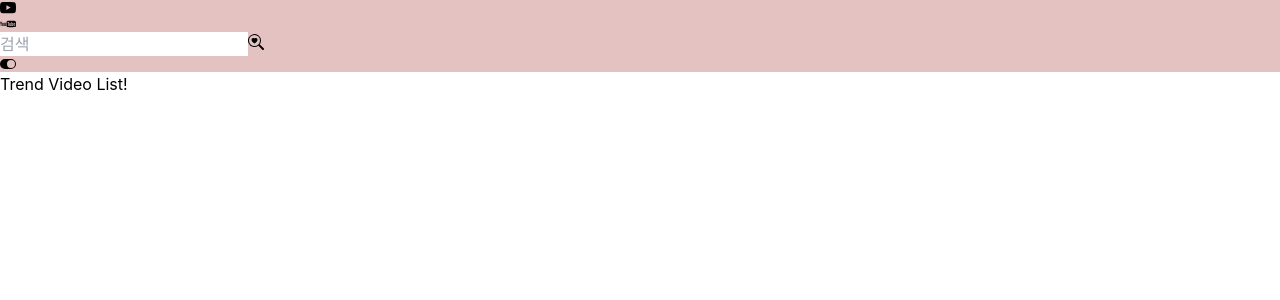
Repository: dnjfht/self-youtube
Page: /
An editor plug-in stored every save of this project. The page is shown before and after the next save, followed by the edit.
The browser window is 1280 px wide. The pictures show the whole page.
The project was rebuilt for these pictures with package versions that can differ from the ones it lists, and the page was loaded fresh each time. Also part of the build but not shown: src/page/Detail.jsx, src/page/NotFoundPage.jsx.

Above is the page before, as saved 2023-06-23 15:16:10.

### src/App.js
import { RouterProvider, createBrowserRouter } from "react-router-dom";
import Videos from "./page/Videos";
import Root from "./page/Root";
import Detail from "./page/Detail";
import NotFoundPage from "./page/NotFoundPage";

function App() {
  const router = createBrowserRouter([
    {
      path: "/",
      element: <Root />,
      children: [
        { index: true, element: <Videos /> },
        { path: "/videos", element: <Videos /> },
        { path: "/videos/:keyword", element: <Videos /> },
        { path: "/videos/watch/:videoId", element: <Detail /> },
        { path: "*", element: <NotFoundPage /> },
      ],
    },
  ]);
  return <RouterProvider router={router} />;
}

export default App;

### src/page/Videos.jsx
import React from "react";
import { useParams } from "react-router-dom";

export default function Home() {
  const { keyword } = useParams();
  console.log(keyword);

  return (
    <div>
      <h2>{keyword ? `${keyword} Video List!` : "Trend Video List!"}</h2>
    </div>
  );
}

### src/page/Root.jsx
import React from "react";
import Navbar from "../components/Navbar";
import { Outlet } from "react-router-dom";
import { DarkModeProvider } from "../context/DarkModeContext";

export default function Root() {
  return (
    <DarkModeProvider>
      <div>
        <Navbar />
        <Outlet />
      </div>
    </DarkModeProvider>
  );
}

### src/components/Navbar.jsx
import React, { useContext, useState } from "react";
import {
  BsYoutube,
  BsSearchHeart,
  BsToggleOff,
  BsToggleOn,
} from "react-icons/bs";
import { ImYoutube2 } from "react-icons/im";
import { DarkModeContext } from "../context/DarkModeContext";
import { useNavigate } from "react-router-dom";

export default function Navbar() {
  const { darkMode, toggleDarkMode } = useContext(DarkModeContext);
  const [text, setText] = useState("");
  console.log(text);

  const navigate = useNavigate();

  return (
    <div className={`${darkMode ? "bg-[#e5c2c2]" : "bg-white"}`}>
      <div>
        <BsYoutube />
        <ImYoutube2 />
      </div>

      <form
        onSubmit={(e) => {
          e.preventDefault();
          navigate(`/videos/${text}`);
        }}
      >
        <input
          type="text"
          placeholder="검색"
          onChange={(e) => {
            setText(e.target.value);
          }}
        />
        <button>
          <BsSearchHeart />
        </button>
      </form>

      <div>{darkMode ? <BsToggleOn /> : <BsToggleOff />}</div>
    </div>
  );
}

### src/context/DarkModeContext.js
import { createContext, useState } from "react";

export const DarkModeContext = createContext();

export function DarkModeProvider({ children }) {
  const [darkMode, setDarkMode] = useState(true);

  const toggleDarkMode = () => {
    setDarkMode((prev) => !prev);
  };

  return (
    <DarkModeContext.Provider value={{ darkMode, toggleDarkMode }}>
      {children}
    </DarkModeContext.Provider>
  );
}

Loaded but not shown: public/index.html (common file); src/index.js (common file); src/index.css (common file); src/reportWebVitals.js (common file); tailwind.config.js (common file)

After the next save:
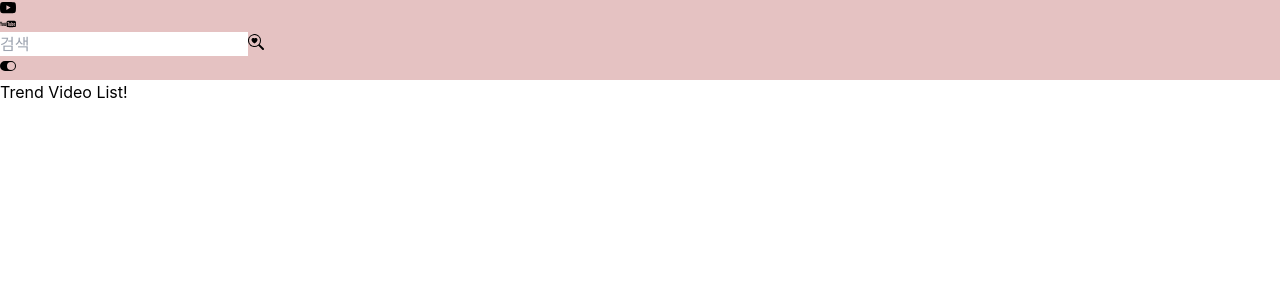
Saved 31 s later.
--- a/src/components/Navbar.jsx
+++ b/src/components/Navbar.jsx
@@ -41,7 +41,9 @@
         </button>
       </form>
 
-      <div>{darkMode ? <BsToggleOn /> : <BsToggleOff />}</div>
+      <button onClick={toggleDarkMode}>
+        {darkMode ? <BsToggleOn /> : <BsToggleOff />}
+      </button>
     </div>
   );
 }
